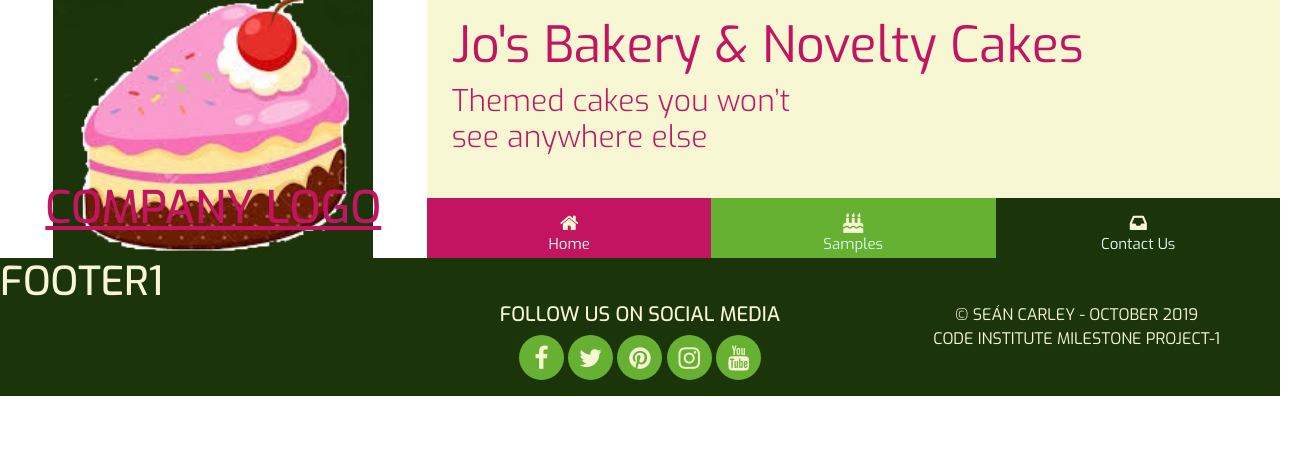
Repository: seanjcarley/Milestone1
Page: showcase.html
The author's editor kept a record of every edit. The page is drawn from the files as they stood at one moment, then again after the next edit.
The browser window is 1280 px wide. The page is 1295 px wide, so the pictures cover 1295 px, including what lies to the right of the window. The pictures show the whole page.

Above is the page before.

After the next edit:
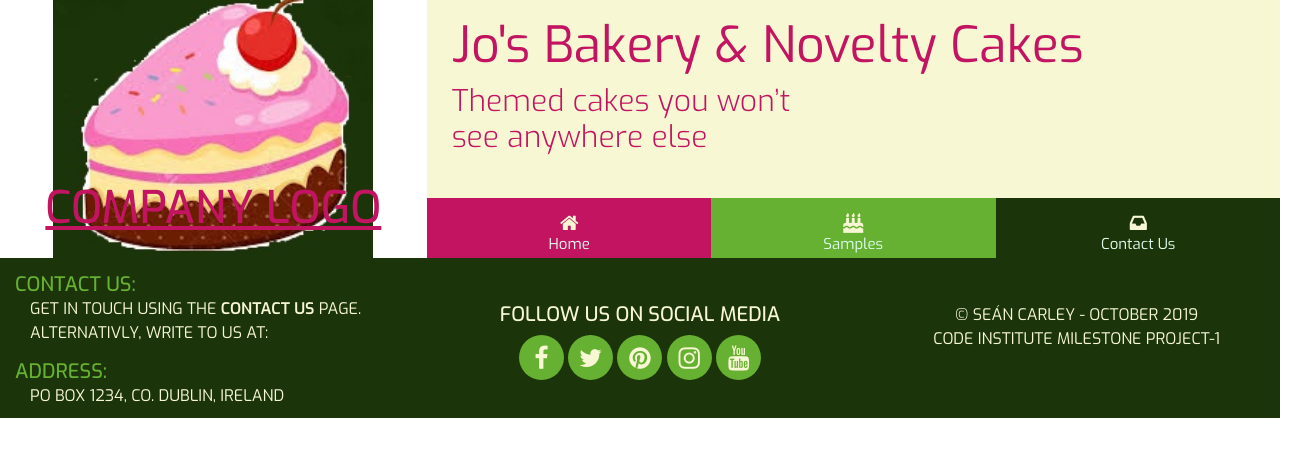
The edit:
--- a/showcase.html
+++ b/showcase.html
@@ -41,15 +41,31 @@
             </div>
         </div>
     </header>
-    <section class="section-color"></section>
+    <section class="section-color">
+        <div class="row">
+            <div class="col-md-4"></div>
+            <div class="col-md-4"></div>
+            <div class="col-md-4"></div>
+        </div>
+    </section>
     <footer class="footer-color">
         <div class="row">
             <div class="col-md-4">
-                <h1>FOOTER1</h1>
+                <!--<h1>FOOTER1</h1>-->
+                <h5 class="footer-h5 uppercase">Contact us: </h5>
+                <p class="footer-text uppercase">Get in touch using the <a href="contact.html"><span class="bold">Contact us</span></a> page. Alternativly, write to us at:</p>
+                <h5 class="footer-h5 uppercase">Address: </h5>
+                <p class="footer-address uppercase">
+                    PO Box 1234,
+                    <!--<br/>-->
+                    Co. Dublin,
+                    <!--<br/>-->
+                    Ireland
+                </p>
             </div>
             <div class="col-md-4 social">
                 <!--<h1>FOOTER2</h1>-->
-                <h5 class="uppercase uppercase">Follow us on Social Media</h5>
+                <h5 class="uppercase">Follow us on Social Media</h5>
                 <ul class="list-inline social-icons">
                     <li class="list-inline-item socialitem">
                         <a target="_blank" href="#">
